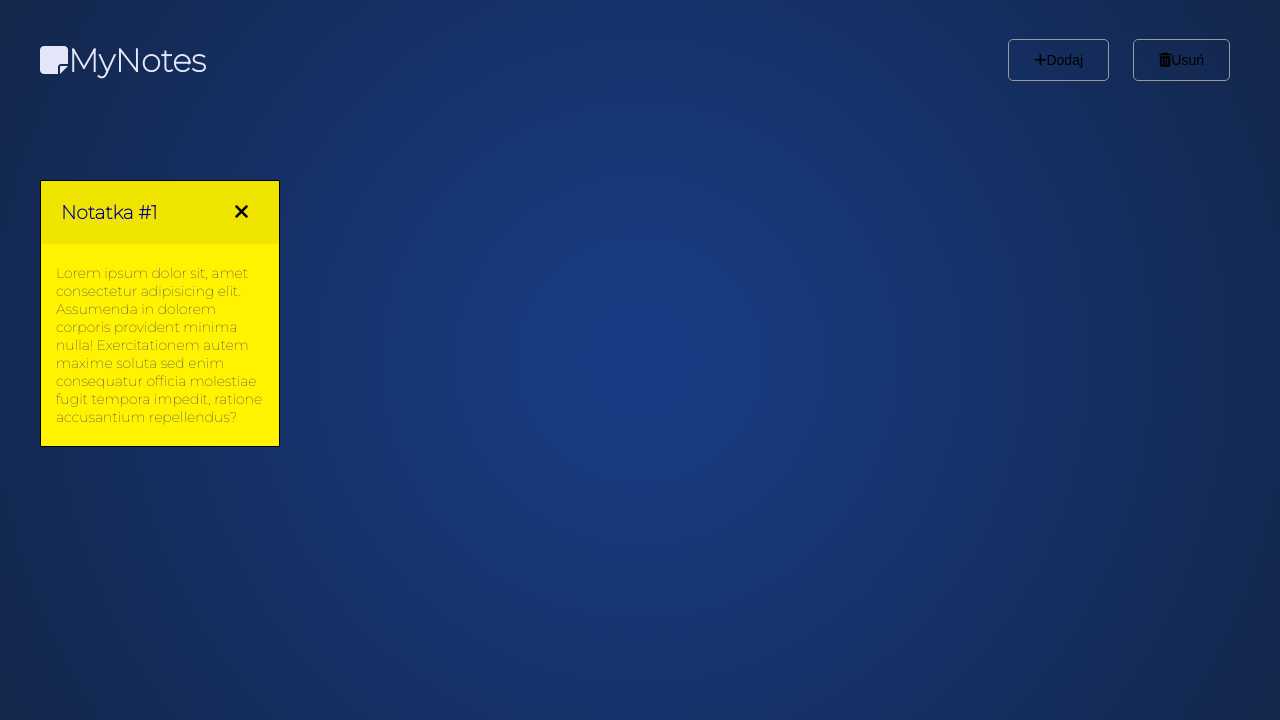
Repository: KrzysKolo/Projekt-7_Notes
Page: js/index.html
The author's editor kept a copy of each file at every save. The page is drawn from the files as they stood at one save, then again after the next save.
The browser window is 1280 px wide. The pictures show the whole page.
Some web libraries are served in a nearby version.

Above is the page before, as saved 2020-07-07 14:03:42.
Console error: SyntaxError: Unexpected token '<'

After the next save:
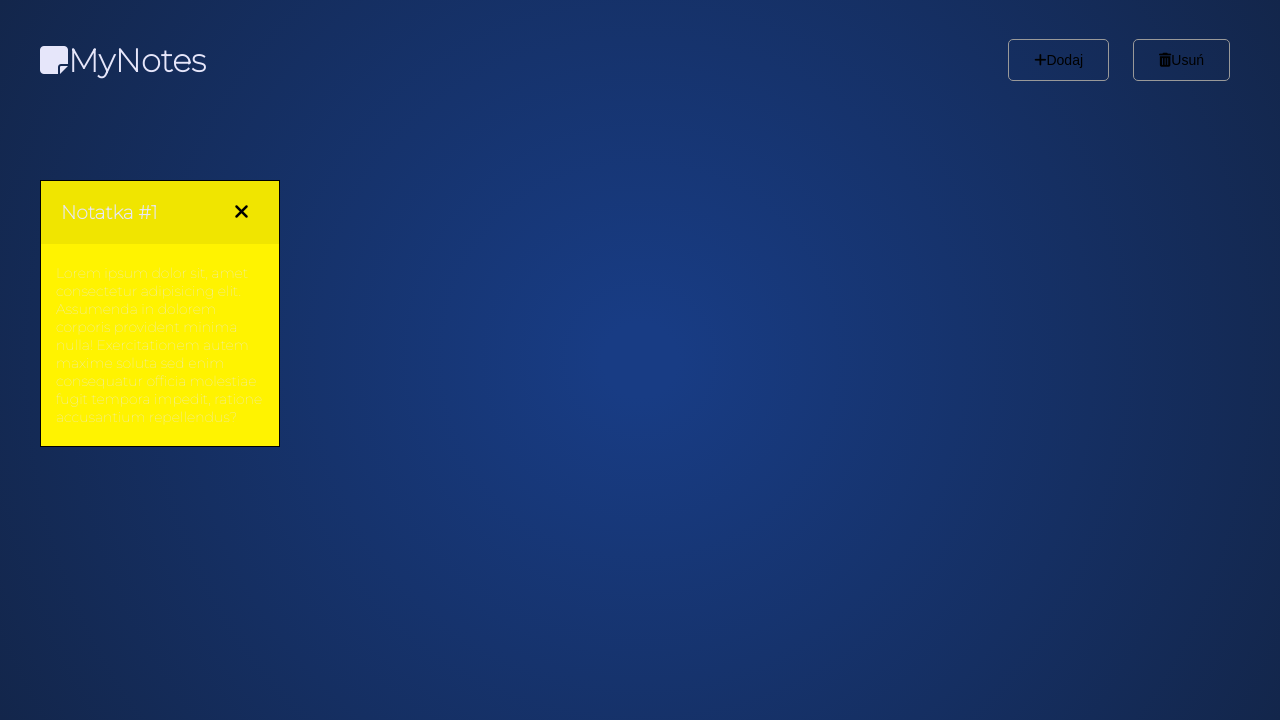
Saved 23 s later.
--- a/css/style.css
+++ b/css/style.css
@@ -53,7 +53,7 @@
   margin: 40px 20px;
   width: 240px;
   background-color: rgb(255, 243, 0);
-  color: darkblue;
+
   border: 1px solid black;
 }
 .note-header {

After the save that followed:
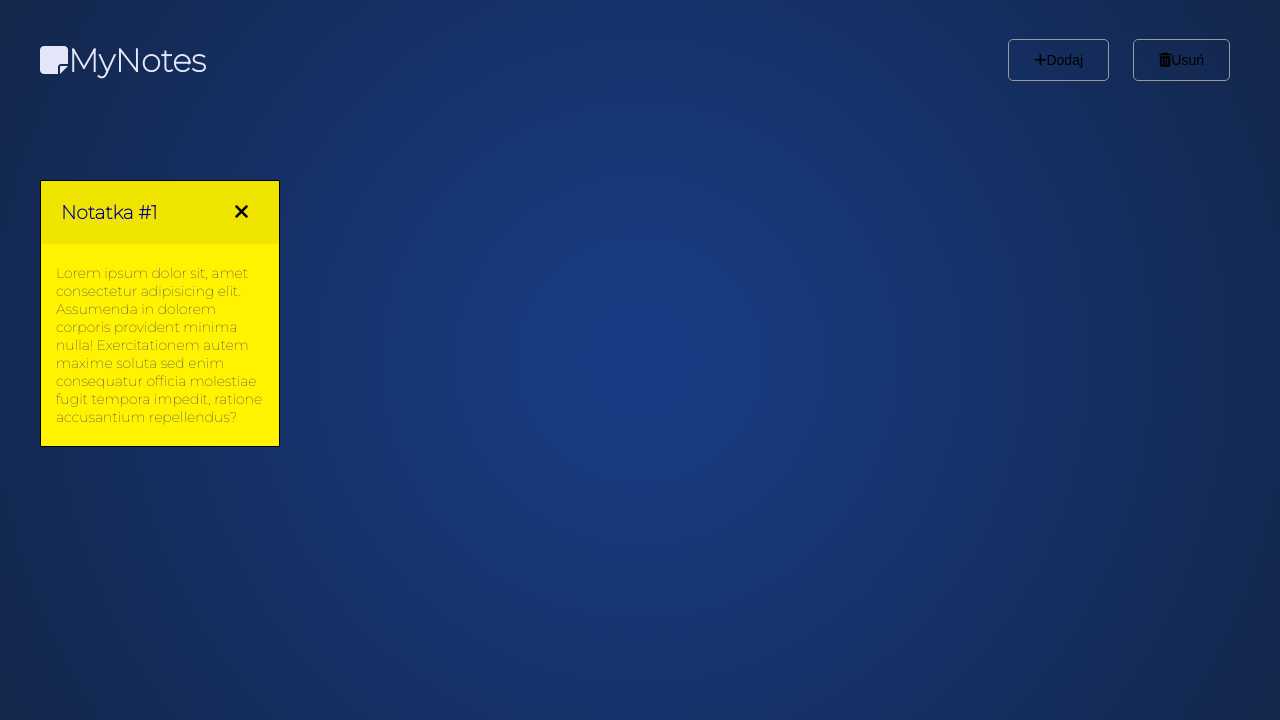
Saved 10 s later.
--- a/css/style.css
+++ b/css/style.css
@@ -53,7 +53,7 @@
   margin: 40px 20px;
   width: 240px;
   background-color: rgb(255, 243, 0);
-
+  color: darkblue;
   border: 1px solid black;
 }
 .note-header {
